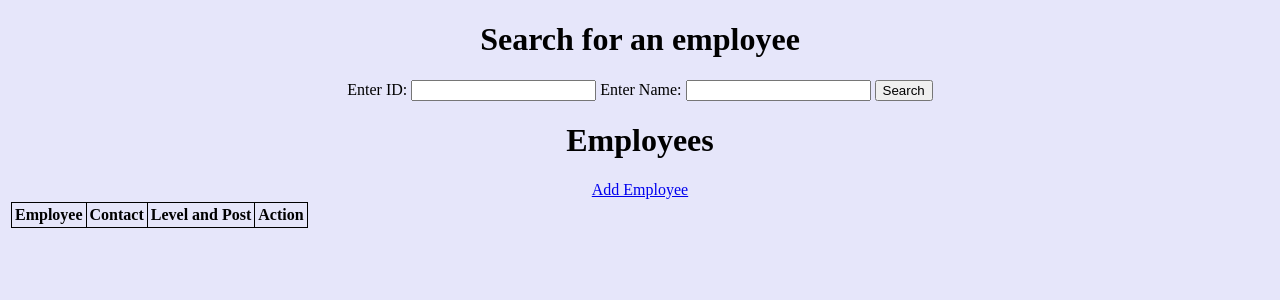
Repository: P9-Analyst-Java/employee-management-abhishekdatta12
Page: http://localhost/spring-expense-tracker/WEB-INF/views/home.jsp
These files come from the project's save history. The page is drawn as it stood at one moment and after the next save; the edit follows.
The browser window is 1280 px wide. The pictures show the whole page.
The page is served by Tomcat 9. Nobody is signed in. Other server files are loaded and not shown. The template is opened directly, without the code that normally fills it, so the values that code supplies are empty.

Above is the page before, as saved 2023-02-21 05:14:58.

### spring-portal/spring-expense-tracker/src/main/webapp/WEB-INF/views/home.jsp
<%@ page language="java" isELIgnored="false" contentType="text/html; charset=ISO-8859-1"
    pageEncoding="UTF-8"%>
<%@ taglib prefix="c" uri="http://java.sun.com/jsp/jstl/core"%>
<%@ taglib prefix="form" uri="http://www.springframework.org/tags/form" %>
<c:set var="contextRoot" value="${pageContext.request.contextPath}"/>
<!DOCTYPE html>
<html>
<head>
<style type="text/css">
body{
	text-align: center;
	background-color: lavender;
}
div{
	text-align: center;
	align-items: center;
	align-content: center;
}
table, th, td{
	background-color: babyblue;
	text-align: center;
	border: 1px solid;
	border-collapse: collapse;
	padding: 3px;
	margin: 3px;
	align-items: center;
}
</style>
<meta charset="ISO-8859-1">
<title>Home</title>
</head>
<body>
	<h1>Search for an employee</h1>

	<form action="${contextRoot}/search" method="post">
	Enter ID: <input  name="id"/>
	Enter Name: <input name="name"/>
	<button type="submit">Search</button>
	</form>

	<h1>Employees</h1>
	<div>
	<a href="${contextRoot}/employee">Add Employee</a>
	<table>
	<tr>
	<th>Employee</th>
	<th>Contact</th>
	<th>Level and Post</th>
	<th>Action</th>
	<!-- <th>Last Name</th>
	<th>Gender</th>
	<th>Date Of Birth</th>
	<th>PAN Card Number</th>
	<th>Aadhaar Number</th>
	<th>Mobile Number</th>
	<th>Email ID</th>
	<th>Office Mail</th>
	<th>Permanent Address</th>
	<th>Present Address</th>
	<th>Blood Group</th>
	<th>Profile Picture</th>
	<th>Date of Joining</th>
	<th>Employee Level</th>
	<th>Post Name</th>
	<th>Basic Pay</th>
	<th>House Allowance</th>
	<th>Edit</th>
	<th>Delete</th>-->
	</tr>
	<c:forEach var="employee" items="${employees}">
		<tr>
			<td>${employee.firstName}&nbsp;${employee.lastName}<br/>#${employee.id}</td>

			<td>${employee.mobileNum}<br/>${employee.emailId}</td>

			<td>${employee.empLevel}/<br/>${employee.postName}</td>

			<td><a href="">Employments</a>/<a href="${contextRoot}/employee/${employee.id}">Edit</a>/<a href="${contextRoot}/${employee.id}">Delete</a></td>
			<!-- <td>${employee.id}</td>
			<td>${employee.firstName}</td>
			<td>${employee.lastName}</td>
			<td>${employee.gender}</td>
			<td>${employee.dob}</td>
			<td>${employee.panNum}</td>
			<td>${employee.aadhaarNum}</td>
			<td>${employee.mobileNum}</td>
			<td>${employee.emailId}</td>
			<td>${employee.officeMail}</td>
			<td>${employee.permanentAddress}</td>
			<td>${employee.presentAddress}</td>
			<td>${employee.bloodGroup}</td>
			<td>${employee.profilePict}</td>
			<td>${employee.doj}</td>
			<td>${employee.empLevel}</td>
			<td>${employee.postName}</td>
			<td>${employee.basicPay}</td>
			<td>${employee.houseAllowance}</td>
			<td><a href="${contextRoot}/employee/${employee.id}">Edit</a></td>
			<td><a href="${contextRoot}/${employee.id}">Delete</a></td>-->
		</tr>
	</c:forEach>
	</table>
	</div>
</body>
</html>

After the next save:
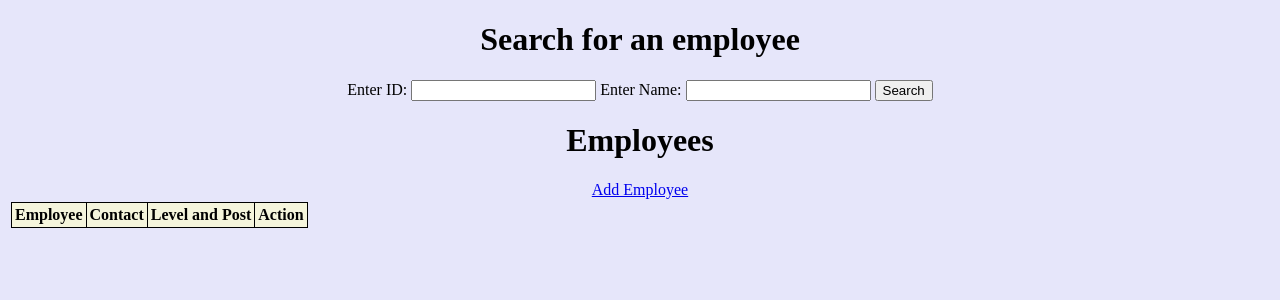
Saved 39 s later.
--- a/spring-portal/spring-expense-tracker/src/main/webapp/WEB-INF/views/home.jsp
+++ b/spring-portal/spring-expense-tracker/src/main/webapp/WEB-INF/views/home.jsp
@@ -17,7 +17,7 @@ div{
 	align-content: center;
 }
 table, th, td{
-	background-color: babyblue;
+	background-color: #f5f5dc;
 	text-align: center;
 	border: 1px solid;
 	border-collapse: collapse;
